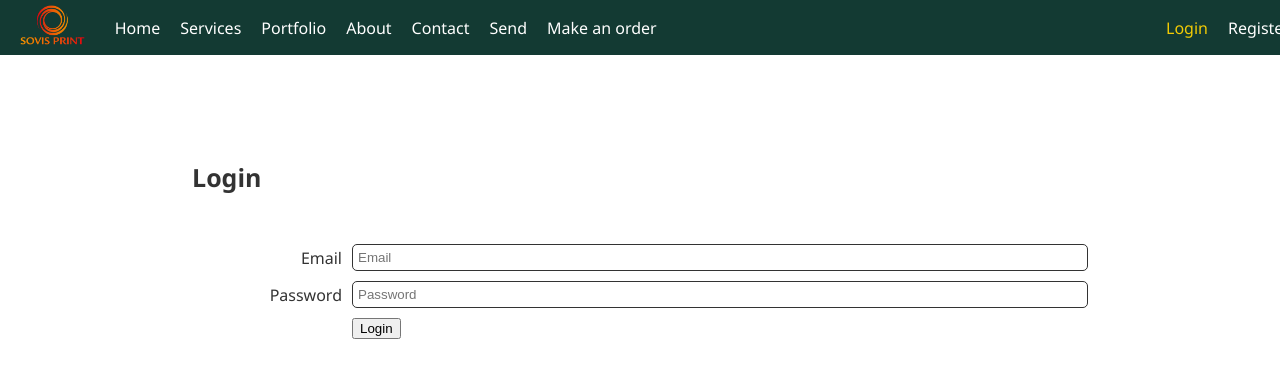
Repository: danichimescu/temafinalareact
Page: /comanda (app in my-app/)
These files come from the project's save history. The page is drawn as it stood at one moment and after the next save; the edit follows.
The browser window is 1280 px wide. The pictures show the whole page.
The project was rebuilt for these pictures with package versions that can differ from the ones it lists, and the page was loaded fresh each time. Also part of the build but not shown: my-app/vite.config.js, my-app/src/features/Comanda/Comanda.module.css, my-app/src/features/Comanda/Comanda.jsx, my-app/src/features/Mainpage/mainpage.jsx, my-app/src/features/Auth/Register.jsx.

Above is the page before, as saved 2026-01-22 23:12:09.

### my-app/index.html
<!doctype html>
<html lang="en">
  <head>
    <meta charset="UTF-8" />
    <link rel="icon" type="image/svg+xml" href="src/assets/logoSovis.png" />
    <meta name="viewport" content="width=device-width, initial-scale=1.0" />
    <title>SoviPrint - an online printing service</title>
  </head>
  <body>
    <div id="root"></div>
    <script type="module" src="/src/main.jsx"></script>
  </body>
</html>

### my-app/src/main.jsx
import { StrictMode } from 'react';
import { createRoot } from 'react-dom/client';
import { App } from './App.jsx';

createRoot(document.getElementById('root')).render(
  <StrictMode>
    <App />
  </StrictMode>,
)

### my-app/src/App.jsx
import { BrowserRouter, Route, Routes } from 'react-router';
import { ToastContainer } from 'react-toastify';
import { Comanda } from './features/Comanda/Comanda';
import { Mainpage } from './features/Mainpage/mainpage';
import { Login } from './features/Auth/Login';
import { Register } from './features/Auth/Register';
import { Nav } from './components/Nav/Nav';
import { AuthContextProvider } from './features/Auth/AuthContext';

// import { BoardgameList } from './features/Boardgames/BoardgameList';
// import { BoardgameDetails } from './features/Boardgames/BoardgameDetails';
// import { BoardgameAdd } from './features/Boardgames/BoardgameAdd';
// import { BoardgameEdit } from './features/Boardgames/BoardgameEdit';

import { ProtectedRoute } from './components/ProtectedRoute/ProtectedRoute';


import './App.css';
//*element={<h1>Homepage</h1>} */
export function App() {
  return (
    <BrowserRouter>
      <AuthContextProvider>
        <Nav />
        <Routes>
          <Route path="/"
            element={
              <Mainpage />
            }
          />
          <Route
            path="comanda"
            element={
              <ProtectedRoute>
                <Comanda />
              </ProtectedRoute>
            }
          />

          <Route path="login" element={<Login />} />
          <Route path="register" element={<Register />} />
          <Route path="*" element={<h1>404 Not Found</h1>} />
        </Routes>

        <ToastContainer />
      </AuthContextProvider>
    </BrowserRouter>
  );
}

### my-app/src/features/Auth/Login.jsx
import { useEffect, useState } from 'react';
import { toast } from 'react-toastify';
import { email, object, string } from 'zod';
import { useAuthContext } from './AuthContext';
import { useLocation, useNavigate } from 'react-router';
import { validateForm } from '../../utils';

const apiUrl = import.meta.env.VITE_API_URL + '/login';

const loginSchema = object({
  email: email('Please type a valid email address'),
  password: string().min(
    6,
    'Your password needs to be at least 6 characters long'
  ),
});

export function Login() {
  const [formValues, setFormValues] = useState({
    email: '',
    password: '',
  });

  const [errors, setErrors] = useState(null);

  const { user, login } = useAuthContext();
  const navigate = useNavigate();
  const { state } = useLocation();

  useEffect(() => {
    if(user) {
      const from = state?.from || '/';
      navigate(from);
    }
  }, [user, state, navigate])

  function handleInputChange(e) {
    // const newValues = {...formValues};
    // const fieldName = e.target.name;
    // newValues[fieldName] = e.target.value;
    // setFormValues(newValues);

    const newValues = { ...formValues, [e.target.name]: e.target.value };
    if (errors) {
      // daca exista erori in formular doar atunci rulam iar validarea cand se apasa o tasta
      const newErrors = validateForm(newValues, loginSchema);
      if (newErrors) {
        setErrors(newErrors);
      } else {
        setErrors(null);
      }
    }
    setFormValues(newValues);
  }

  async function handleSubmit(e) {
    e.preventDefault();

    const errors = validateForm(formValues, loginSchema);

    if (errors) {
      setErrors(errors);
      return;
    }

    setErrors(null);

    const send2Server = {...formValues};
    delete send2Server.retypePassword;

    const res = await fetch(apiUrl, {
      method: 'POST',
      body: JSON.stringify(send2Server),
      headers: {
        'Content-Type': 'application/json',
      }
    }).then((res) => res.json());

    if(typeof res === 'string') {
      toast.error(res);
      return;
    }

    toast.success('You have been successfully logged in!');
    login(res);
  }

  return (
    <form className="brandForm" noValidate onSubmit={handleSubmit}>
      <h1 className="fullWidth">Login</h1>

      <label htmlFor="email">Email</label>
      <input
        name="email"
        id="email"
        type="email"
        value={formValues.email}
        onChange={handleInputChange}
        placeholder="Email"
      />
      {errors?.email && (
        <p className="errorMessage secondColumn">{errors.email}</p>
      )}

      <label htmlFor="password">Password</label>
      <input
        name="password"
        id="password"
        type="password"
        value={formValues.password}
        onChange={handleInputChange}
        placeholder="Password"
      />
      {errors?.password && (
        <p className="errorMessage secondColumn">{errors.password}</p>
      )}

      <button type="submit" className="secondColumn autoWidth">
        Login
      </button>
    </form>
  );
}

### my-app/src/components/Nav/Nav.jsx
import { Link } from 'react-router';
import { BrandNavLink } from './BrandNavLink';
import { useAuthContext } from '../../features/Auth/AuthContext';
import { HashLink } from 'react-router-hash-link';

import styles from './Nav.module.css';

export function Nav() {
  const { user, logout } = useAuthContext();

  return (
    <nav className={styles.nav} aria-label="main menu">
      <Link to="/">
        <img
          src="src/assets/logoSovis.png" //"../../assets/logoSovis.png"
          alt="Sovis Print logo"
          height="40"
        />
      </Link>

      <menu className={styles.mainMenu}>
        <li>
          { //<BrandNavLink to="/">Home</BrandNavLink>
          }
          <HashLink to="/#home" smooth className={styles.navLink}>
            Home
          </HashLink>
        </li>
        <li>
          <HashLink to="/#services" smooth className={styles.navLink}>
            Services
          </HashLink>
        </li>
        <li>
          <HashLink to="/#portfolio" smooth className={styles.navLink}>
            Portfolio
          </HashLink>
        </li>
        <li>
          <HashLink to="/#about" smooth className={styles.navLink}>
            About
          </HashLink>
        </li>
        <li>
          <HashLink to="/#contact" smooth className={styles.navLink}>
            Contact
          </HashLink>
        </li>
                <li>
          <HashLink to="/#sendamessage" smooth className={styles.navLink}>
            Send
          </HashLink>
        </li>

        <li>
          <BrandNavLink to="/comanda">Make an order</BrandNavLink>
        </li>


        {!user && (
          <>
            <li className={styles.pushRight}>
              <BrandNavLink className={styles.special} to="/login">Login</BrandNavLink>
            </li>
            <li>
              <BrandNavLink to="/register">Register</BrandNavLink>
            </li>
          </>
        )}

        {user && (
          <li className={styles.pushRight}>
            Welcome, {user.firstName}!
            <a href="/" onClick={(e) => {
              e.preventDefault();
              logout();
            }}>Logout</a>
          </li>
        )}
      </menu>
    </nav>
  );
}

### my-app/src/features/Auth/AuthContext.jsx
import { createContext, useContext, useState } from 'react';

const AuthContext = createContext(null);

const initialContextValue = {
  accessToken: null,
  user: null,
};

const storageKey = 'auth';

export function AuthContextProvider({ children }) {
  const [auth, setAuth] = useState(() => {
    const fromStorage = localStorage.getItem(storageKey);

    if(fromStorage) {
      return JSON.parse(fromStorage);
    }

    return initialContextValue;
  });

  function login(auth) {
    localStorage.setItem(storageKey, JSON.stringify(auth))
    setAuth(auth);
  }

  function logout() {
    localStorage.removeItem(storageKey);
    setAuth(initialContextValue);
  }

  return <AuthContext value={{ ...auth, login, logout }}>{children}</AuthContext>;
}

export function useAuthContext() {
  const ctx = useContext(AuthContext);

  if(!ctx) {
    throw new Error('The useAuthContext hook needs to be used in a descendant of the AuthContextProvider component!');
  }

  return ctx;
}

### my-app/src/components/ProtectedRoute/ProtectedRoute.jsx
import { Navigate, useLocation } from 'react-router';
import { useAuthContext } from '../../features/Auth/AuthContext';

export function ProtectedRoute({ children }) {
  const { user } = useAuthContext();

  const { pathname } = useLocation();

  // const navigate = useNavigate();
  // useEffect(() => {
  //   if (!user) {
  //     navigate('/login', { state: { from: pathname } });
  //   }
  // }, [user, navigate]);

  if(!user) {
    return <Navigate to="/login" state={{from: pathname}} />;
  }

  return children;
}

### my-app/src/App.css
:root {
  --brand-gray: #333;
  --text-color: var(--brand-gray);
  --text-on-dark-color: #fff;
  --primary-color: #267365;
  --primary-dark-color: color-mix(in srgb, var(--primary-color) 50%, #000);
  --primary-light-color: color-mix(in srgb, var(--primary-color) 50%, #fff);
  --secondary-color: #F2CB05;

  --highlight-color: #F23030;
  --highlight-light-color: #F28705;
  --highlight-lighter-color: #F29F05;


  --orange: #FF6B00;
  --dark-orange: #E55D00;
  --light-gray: #f4f4f4;
  --dark-gray: #333;
  --white: #ffffff;
  /* --section-padding: 100px 20px; */
    --section-padding: 100px 0px;
  --content-max-width: 1200px;
  --border-radius: 0px;
  --transition-speed: 0.3s;


}

html {
  color: var(--text-color);
  font-family: 'Segoe UI', Tahoma, Geneva, Verdana, sans-serif;
  font-size: 62.5%;
  scroll-behavior: smooth;
}

body {
  margin: 0;
  padding: 0;
  /* box-sizing: border-box;*/

  font-size: 1.6rem;
}


:link {
  color: var(--primary-color);

  &:hover,
  &:active {
    color: var(--primary-light-color);
  }
}

:visited {
  color: var(--primary-dark-color);
}

.hidden {
  display: none !important;
}

.brandForm {
  display: grid;
  gap: 1rem;
  grid-template-columns: 150px 1fr;

  width: 70vw;
  margin: 0 auto;
  padding: var(--section-padding);

  &>label {
    justify-self: end;
    align-self: center;
  }

  & input:not([type=checkbox], [type=radio], [type=color], [type=range]) {
    padding: .5rem;

    border: 1px solid var(--text-color);
    border-radius: 5px;
  }

  & .errorMessage {
    color: var(--highlight-color);
    margin-top: 0;
  }
}

.fullWidth {
  grid-column: 1 / -1;
}

.secondColumn {
  grid-column-start: 2;
}

.autoWidth {
  justify-self: start;
}
/* /added */

/*Toastify CSS Overrides */
.Toastify {
  position: fixed;
  z-index: 9999;
}
section {
    min-height: calc(100vh - 200px);
    width: 100%;
    background-size: cover;
    background-position: center;
    background-repeat: no-repeat;
    color: var(--white);
    padding: var(--section-padding);
    text-align: center;
}
/* Section Titles */
section h1,
section h2 {
    font-size: 2.5rem;
    margin-bottom: 40px;
}

h1 {
    font-size: 2.5rem;
    margin-top: 60px;
    /* padding-top: 55px; */
    margin-bottom: 40px;
}

/*
  CSS Selector Specificity:

  *      -> 0
  Element (body, div, article, html), ::pseudo-element (::after, ::selection) -> 1
  .class, :pseudo-class (:hover, :active), [attr] -> 10
  #id    -> 100

  .mainMenu a:hover -> 21

  id | class | element
  1       0       0

  0     10      0

  0.10.0
  .
  .
  0.255.0
  1.0.0
*/

### my-app/src/features/Mainpage/mainpage.module.css


nav {
    position: fixed;
    top: 0;
    width: 100%;
    background: rgba(0, 0, 0, 0.8);
    backdrop-filter: blur(10px);
    padding: 1rem 2rem;
    z-index: 1000;
}

.nav-container {
    max-width: 1200px;
    margin: 0 auto;
    display: flex;
    justify-content: space-between;
    align-items: center;
    animation-name: fadeInDown;
    animation-duration: 1s;
}

.mylogo {
    color: rgb(234, 133, 18);
    font-size: 1.5rem;
    font-weight: bold;
}

.nav-lista {
    display: flex;
    gap: 2rem;
    list-style: none;
}

.nav-lista a {
    color: white;
    text-decoration: none;
    font-size: 1rem;
    transition: color 0.3s ease;
}

.nav-lista a:hover {
    color: #ff8c00;
}
/* End of Navigation Styles */




/* Section Titles */
section h1,
section h2 {
    font-size: 2.5rem;
    margin-bottom: 40px;
}

/* Section Background Images */

.services-section { background-image: url('src/assets/section2.jpg'); }
.portfolio-section { background-image: url('src/assets/section3.jpg'); padding: 60px 20px; }
.order-section { background-image: url('src/assets/section4.jpg'); }
.contact-section { background-image: url('src/assets/section5.jpg'); }
.message-section { background-image: url('src/assets/section6b.jpg'); }
.about-section { background-image: url('src/assets/section6.jpg'); }



/* ========================================
   Home Section (with video)
   ======================================== */
.home_class {
    height: 100vh;
    display: flex;
    flex-direction: column;
    justify-content: center;
    align-items: center;
    position: relative;
    padding: 0;
}

.video-container-back {
    position: absolute;
    top: 0;
    left: 0;
    right: 0;
    width: 100%;
    height: 100%;
    overflow: hidden;
    z-index: -2;
}

.myVideo {
    position: absolute;
    top: 50%;
    left: 50%;
    min-width: 100%;
    min-height: 100%;
    width: auto;
    height: auto;
    transform: translate(-50%, -50%);
    object-fit: cover;
}

.video-overlay {
    position: absolute;
    top: 0;
    left: 0;
    width: 100%;
    height: 100%;
    background: rgba(0, 0, 0, 0.356);
}

.home_content {
    position: relative;
    z-index: 200;
    max-width: 600px;
    color: var(--white);
    display: flex;
    flex-direction: column;
    justify-content: flex-end;
    animation: fadeInUp 1s ease;
}

.home_content h1 {
    font-size: 4rem;
    margin-bottom: 1.5rem;
    text-shadow: 2px 2px 10px rgba(0, 0, 0, 0.7);
    line-height: 1.2;
}

.home_content p {
    font-size: 1.3rem;
    line-height: 1.8;
    margin-bottom: 2rem;
    text-shadow: 1px 1px 5px rgba(0, 0, 0, 0.7);
    opacity: 0.95;
}

/* ========================================
   Services Section
   ======================================== */
/* #services {
    height: 100vh;
    display: flex;
    flex-direction: column;
    justify-content: center;
    align-items: center;
} */

/* .services_content {
    margin-bottom: 1px;
} */

.services-grid {
    display: grid;
    grid-template-columns: repeat(3, 1fr);
    gap: 30px;
    max-width: var(--content-max-width);
    margin: 0 auto;
    text-align: left;
    animation: fadeInUp 1s ease;
}

.service {
    background: rgb(252, 236, 220);
    fill-opacity: 80%;
    padding: 20px;
    border-radius: 8px;
    box-shadow: 0 4px 12px rgba(0, 0, 0, 0.1);
    text-align: left;
    transition: transform 0.8s;
}

.service h3 {
    margin-bottom: 10px;
    font-size: 2rem;
    color: #222;
}

.service p {
    color: #555;
    line-height: 1.5;
    font-size: 1.5rem;
}

/* ========================================
   Portfolio / Gallery Section
   ======================================== */
.portfolio_content {
    min-height: 80vh;
    display: flex;
    justify-content: center;
    align-items: center;
    padding: 10px;
}

.gallery-container {
    border-radius: 20px;
    box-shadow: 0 20px 60px rgba(0, 0, 0, 0.3);
    max-width: 900px;
    width: 100%;
    overflow: hidden;
}

.gallery-header {
    padding: 20px;
    text-align: center;
}

.gallery-header h1 {
    font-size: 2em;
    margin-bottom: 5px;
}

.image-counter {
    font-size: 0.9em;
    opacity: 0.9;
}

.image-display {
    position: relative;
    height: 400px;
    display: flex;
    justify-content: center;
    align-items: center;
    overflow: hidden;
}

.image-display img {
    max-width: 100%;
    max-height: 100%;
    object-fit: contain;
    display: block;
}

.loading-message {
    color: #666;
    font-size: 1.2em;
}

.controls {
    display: flex;
    justify-content: space-between;
    align-items: center;
    padding: 20px;
}

.nav-button {
    background: linear-gradient(135deg, #eac066 0%, #e9b3aa 100%);
    border: none;
    padding: 12px 30px;
    font-size: 1em;
    border-radius: 25px;
    cursor: pointer;
    transition: all var(--transition-speed) ease;
    font-weight: bold;
    box-shadow: 0 4px 15px rgba(102, 126, 234, 0.4);
}

.nav-button:hover:not(:disabled) {
    transform: translateY(-2px);
    box-shadow: 0 6px 20px rgba(102, 126, 234, 0.6);
}

.nav-button:active:not(:disabled) {
    transform: translateY(0);
}

.nav-button:disabled {
    background: #ccc;
    cursor: not-allowed;
    box-shadow: none;
}

.thumbnail-strip {
    display: flex;
    gap: 10px;
    padding: 10px;
    overflow-x: auto;
    border-top: 1px solid #eee;
}

.thumbnail {
    min-width: 60px;
    height: 60px;
    border-radius: 8px;
    overflow: hidden;
    cursor: pointer;
    border: 3px solid transparent;
    transition: all var(--transition-speed) ease;
}

.thumbnail:hover {
    transform: scale(1.05);
}

.thumbnail.active {
    border-color: #667eea;
    box-shadow: 0 4px 12px rgba(102, 126, 234, 0.4);
}

.thumbnail img {
    width: 100%;
    height: 100%;
    object-fit: cover;
}

.error-message {
    color: #d32f2f;
    text-align: center;
    padding: 20px;
}

.shortcuts {
    text-align: center;
    padding: 10px;
    font-size: 0.85em;
    color: var(--white);
}

/* ========================================
   Order Section
   ======================================== */
.order h2 {
    font-size: 42px;
    color: wheat;
}

.order-form {
    max-width: 600px;
    margin: 0 auto;
    background: rgba(255, 255, 255, 0.588);
    padding: 40px;
    border-radius: var(--border-radius);
    box-shadow: 0 5px 20px rgba(0, 0, 0, 0.1);
}

.form-group {
    margin-bottom: 25px;
}

.form-group label {
    display: block;
    margin-bottom: 8px;
    color: var(--dark-gray);
    font-weight: 500;
}

.form-group select,
.form-group input {
    width: 100%;
    padding: 12px;
    border: 2px solid #ddd;
    border-radius: 5px;
    font-size: 16px;
    transition: border-color var(--transition-speed);
}

.form-group select:focus,
.form-group input:focus {
    outline: none;
    border-color: var(--orange);
}

.price-result {
    background: var(--orange);
    color: var(--white);
    padding: 20px;
    border-radius: 5px;
    text-align: center;
    font-size: 24px;
    font-weight: bold;
    margin-top: 20px;
    margin-bottom: 20px;
    display: none;
}

.calculate-btn {
    width: 100%;
    padding: 15px;
    background: var(--orange);
    border: none;
    border-radius: 5px;
    font-size: 18px;
    cursor: pointer;
    transition: background var(--transition-speed);
}

.calculate-btn:hover {
    background: var(--dark-orange);
}

/* ========================================
   Two-Column Layout (Contact & About)
   ======================================== */

.gallery-container {
    border-radius: 20px;
    box-shadow: 0 20px 60px rgba(0, 0, 0, 0.3);
    max-width: 900px;
    width: 100%;
    overflow: hidden;
}

/* Section Wrapper - used for Contact & About */
.section-wrapper {
    min-height: 80vh;
    display: flex;
    flex-direction: column;
    justify-content: center;
    align-items: center;
    padding: 40px 20px;
    max-width: 1200px;
    margin: 0 auto;
}

/* Section Title - centered above two columns */
.section-title {
    text-align: center;
    font-size: 2.5rem;
    margin-bottom: 40px;
    color: var(--white);
}

/* Two Column Container */
.two-column {
    display: flex;
    gap: 40px;
    width: 100%;
    max-width: 1200px;
}

/* One Column Container */
.one-column {
    width: 85%;
    max-width: 1200px;
    margin: 0 auto;
    padding: 40px;
    background: rgb(252, 236, 220, 0.80);
    border-radius: var(--border-radius);
    text-align: center;
    border-radius: 20px;
}

.one-column h3 {
    color: var(--orange);
    margin-bottom: 20px;
    font-size: 1.8rem;
}

.one-column p {
    margin-bottom: 15px;
    font-size: 1.5rem;
    color: rgb(0, 0, 0);
    line-height: 1.6;
}

.one-column input,
.one-column textarea {
    width: 100%;
    padding: 15px;
    margin-bottom: 20px;
    border: 2px solid #ddd;
    border-radius: 5px;
    background: rgba(255, 255, 255, 0.9);
    color: rgb(0, 0, 0);
    font-size: 1.5rem;
}

.one-column input:focus,
.one-column textarea:focus {
    outline: none;
    border-color: var(--orange);
}

.one-column input::placeholder,
.one-column textarea::placeholder {
    color: rgba(0, 0, 0, 0.5);
}

.one-column textarea {
    height: 150px;
    resize: vertical;
}

/* Left Column */
.column-left {
    flex: 1;
    padding: 30px;
    border-radius: var(--border-radius);
    background: rgba(194, 193, 193, 0.749);
}

.column-left h3 {
    color: var(--orange);
    margin-bottom: 20px;
}

.column-left p {
    margin-bottom: 15px;
    font-size: 1rem;
    color: rgb(0, 0, 0);
}

/* Right Column */
.column-right {
    flex: 1;
    padding: 30px;
    border-radius: var(--border-radius);
    background: rgba(116, 116, 116, 0.749);
}

.column-right p {
    font-size: 1.5rem;
    line-height: 1.8;
    color: var(--white);
    margin-bottom: 20px;
}

/* About Section - Left column as team image */
.about-section .column-left {
    background-image: url('src/assets/images/team1.jpg');
    background-size: cover;
    background-position: center;
    background-repeat: no-repeat;
    display: flex;
    align-items: center;
    justify-content: center;
    color: var(--white);
    font-size: 2rem;
    min-height: 300px;
}

/* About Section - Right column text */
.about-section .column-right {
    background-color: antiquewhite;
}

.about-section .column-right p {
    color: var(--dark-gray);
}

.map-container {
    width: 100%;
    height: 300px;
    border-radius: var(--border-radius);
    overflow: hidden;
    margin-top: 20px;
}

.column-right input,
.column-right textarea {
    width: 100%;
    padding: 12px;
    margin-bottom: 20px;
    border: 2px solid rgba(255, 255, 255, 0.2);
    border-radius: 5px;
    background: rgba(255, 255, 255, 0.1);
    color: rgb(0, 0, 0);
    font-size: 1rem;
}

.column-right input::placeholder,
.column-right textarea::placeholder {
    color: rgba(0, 0, 0, 0.6);
}

.column-right textarea {
    height: 150px;
    resize: vertical;
}

.submit-btn {
    width: 100%;
    padding: 15px;
    background: var(--orange);
    color: rgb(0, 0, 0);
    border: none;
    border-radius: 5px;
    font-size: 1rem;
    cursor: pointer;
    transition: background var(--transition-speed);
}

.submit-btn:hover {
    background: var(--dark-orange);
}

/* ========================================
   Utility Classes
   ======================================== */
.hidden {
    display: none;
}

/* ========================================
   Animations
   ======================================== */
@keyframes fadeInDown {
    from {
        opacity: 0;
        translate: 0px -20px;
    }
    to {
        opacity: 1;
        translate: 0px 0px;
    }
}

@keyframes fadeInUp {
    from {
        opacity: 0;
        transform: translateY(40px);
    }
    to {
        opacity: 1;
        transform: translateY(0);
    }
}

/* ========================================
   Responsive Design
   ======================================== */
@media (max-width: 900px) {
    .services-grid {
        grid-template-columns: repeat(2, 1fr);
    }

    .two-column {
        flex-direction: column;
    }

    .column-left,
    .column-right {
        min-height: 300px;
    }
}

@media (max-width: 768px) {
    .home_content h1 {
        font-size: 2.5rem;
    }

    .home_content p {
        font-size: 1.1rem;
    }

    .nav-lista {
        gap: 1rem;
    }

    .nav-lista a {
        font-size: 0.9rem;
    }

    section h1,
    section h2 {
        font-size: 2rem;
    }
}

@media (max-width: 600px) {
    .services-grid {
        grid-template-columns: 1fr;
    }

    .nav-lista {
        gap: 0.5rem;
        flex-wrap: wrap;
        justify-content: center;
    }
}
/* ========================================
   End of File
   ======================================== */

### my-app/src/components/Nav/BrandNavLink.jsx
import { NavLink } from 'react-router';
import clsx from 'clsx';

import styles from './Nav.module.css';

export function BrandNavLink(props) {
  const receivedCls = props.className;
  return (
     <NavLink
        {...props}
        className={({ isActive }) => clsx(receivedCls,  {[styles.active]: isActive})}
      />
  )
}

### my-app/src/components/Nav/Nav.module.css
.nav {
  position: fixed;
  top: 0;
  left: 0;
  width: 100%;
  z-index: 1000;

  display: flex;
  gap: 2rem;
  align-items: center;
  padding: 0.5rem 2rem;

  background: var(--primary-dark-color);
  color: var(--text-on-dark-color);
}

.mainMenu {
  display: flex;
  flex-grow: 1;

  margin: 0;
  padding: 0;
  padding-inline-start: 0;

  list-style: none;

  /* CSS nesting */
  & a {
    /* .mainMenu a { } */
    display: inline-block;
    padding: 1rem;

    color: inherit;
    text-decoration: none;

    &:hover {
      /* .mainMenu a:hover { } */
      text-decoration: underline;
    }

    &.special {
      color: red;
    }

    &.active {
      color: var(--secondary-color);
    }

  }
}

.pushRight {
  margin-left: auto;
}

Loaded but not shown: my-app/src/utils.js (73 lines, source omitted)

After the next save:
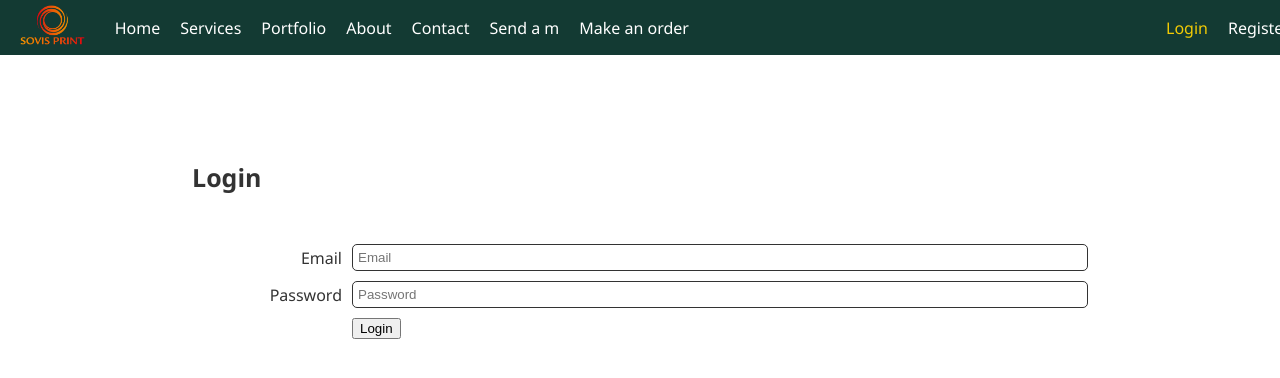
Saved 3 s later.
--- a/my-app/src/components/Nav/Nav.jsx
+++ b/my-app/src/components/Nav/Nav.jsx
@@ -48,7 +48,7 @@ export function Nav() {
         </li>
                 <li>
           <HashLink to="/#sendamessage" smooth className={styles.navLink}>
-            Send
+            Send a m
           </HashLink>
         </li>
 
